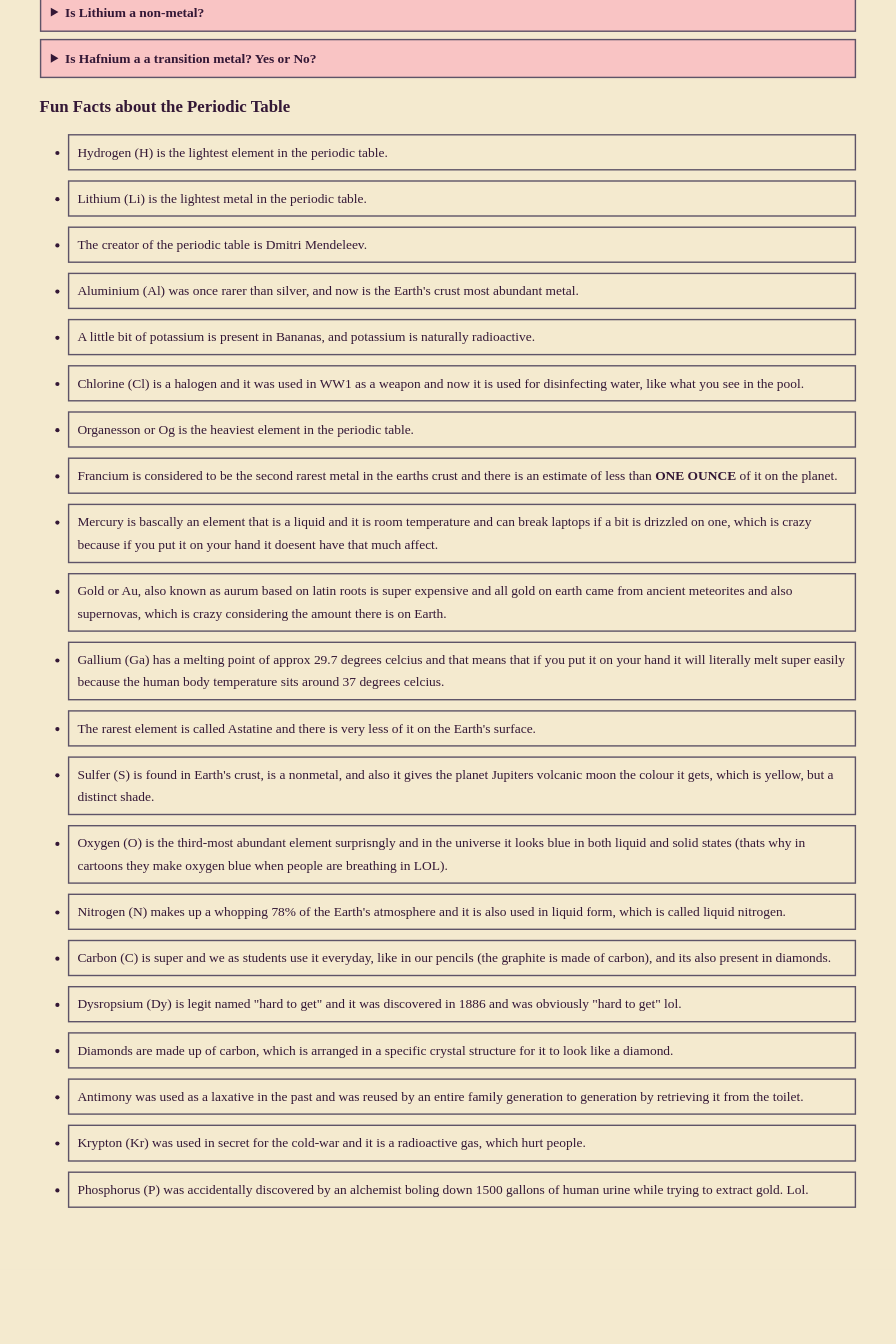
Repository: manayparikh1/Periodify
Page: index.html
An editor plug-in stored every save of this project. The page is shown before and after the next save, followed by the edit.
The browser window is 1280 px wide. The pictures show the part of the page from y = 1541 to 3461 px (the page is 3574 px tall), at 70% of full size.

Above is the page before, as saved 2026-10-19 22:48:46.

After the next save:
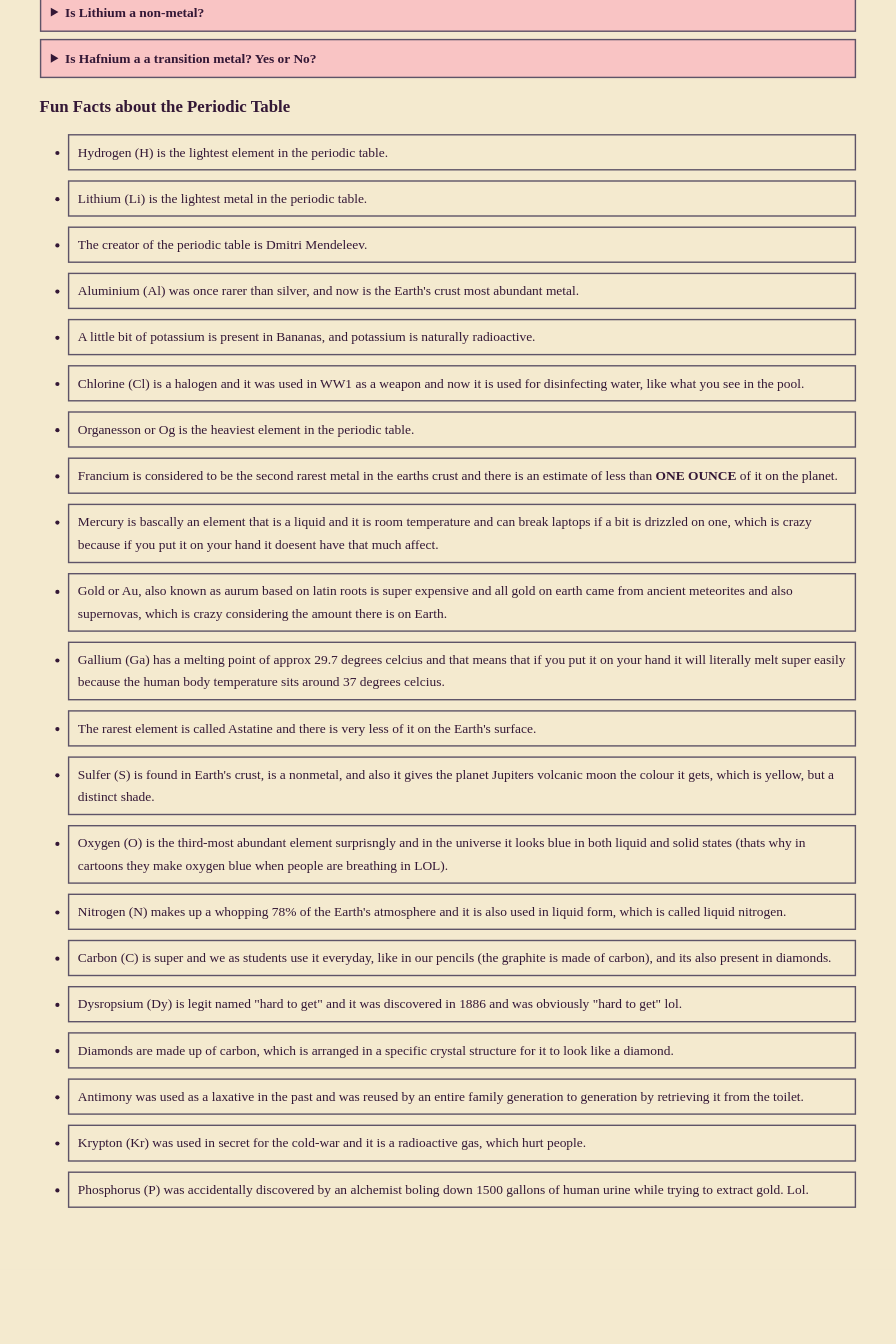
Saved 37 s later.
--- a/index.html
+++ b/index.html
@@ -476,12 +476,10 @@
                 /*js shows that its clickable*/
             }
 
-
             .funfacts li {
                 font-size: 1.2rem;
                 margin-bottom: 14px;
-                padding: 8px 12px;
-                background: var(--);
+                padding: 8px 12.5px;
                 border: 2px solid var(--main);
 
             }
